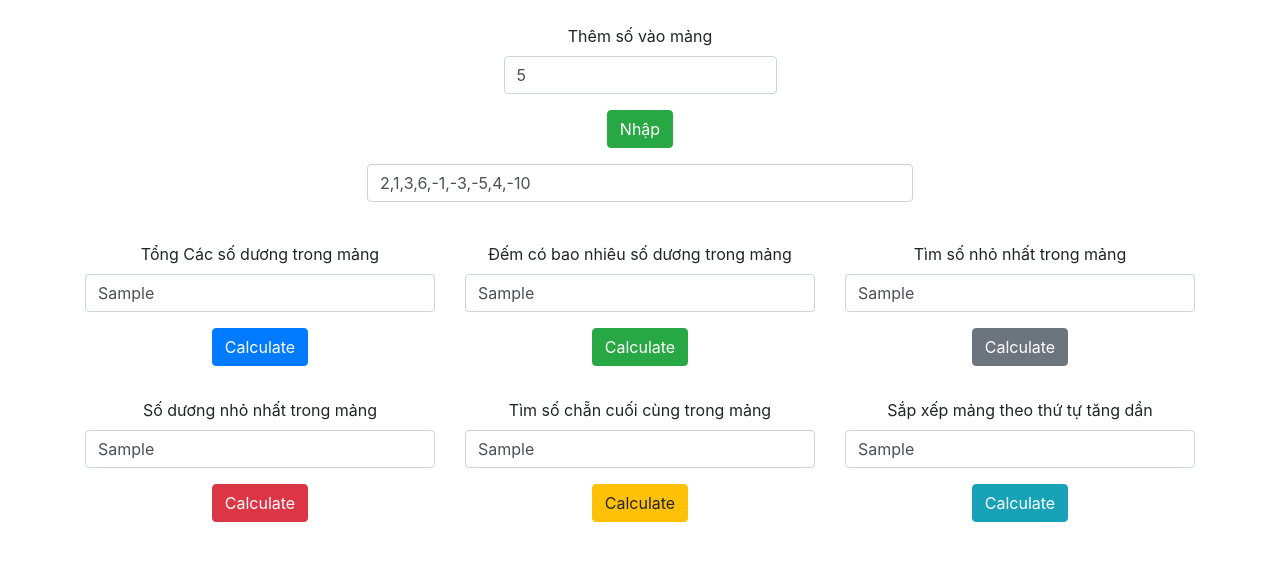
Repository: baobaodeveloper/bootcamp21__array__HuynhAnhBao
Page: index.html
These files come from the project's save history. The page is drawn as it stood at one moment and after the next save; the edit follows.
The browser window is 1280 px wide. The pictures show the whole page.
Empty fields were first filled with sample values (such as "Sample", 5 or name@example.com).
After loading, the first visible `#increase` was clicked once.

Above is the page before, as saved 2022-03-20 17:39:29.

### index.html
<!DOCTYPE html>
<html lang="en">
  <head>
    <title>JavaScript Array</title>
    <!-- Required meta tags -->
    <meta charset="utf-8" />
    <meta
      name="viewport"
      content="width=device-width, initial-scale=1, shrink-to-fit=no"
    />

    <!-- Bootstrap CSS -->
    <link
      rel="stylesheet"
      href="https://stackpath.bootstrapcdn.com/bootstrap/4.3.1/css/bootstrap.min.css"
      integrity="sha384-ggOyR0iXCbMQv3Xipma34MD+dH/1fQ784/j6cY/iJTQUOhcWr7x9JvoRxT2MZw1T"
      crossorigin="anonymous"
    />
  </head>
  <body>
    <div class="container d-flex justify-content-center align-items-center p-4">
      <div
        class="mb-3 text-center w-50 d-flex flex-column justify-content-center align-items-center"
      >
        <label class="form-label">Thêm số vào mảng</label>
        <input
          type="number"
          class="form-control w-50"
          id="number"
          placeholder="Thêm số vào mảng"
          value=""
        />
        <button type="button" class="btn btn-success m-3" id="input">
          Nhập
        </button>
        <input
          type="text"
          class="form-control d-block w-100"
          id="array-current"
          placeholder="Mảng hiện tại"
        />
      </div>
    </div>

    <div class="container">
      <div class="row">
        <div class="col text-center">
          <label class="form-label">Tổng Các số dương trong mảng</label>
          <input
            type="text"
            class="form-control"
            placeholder="result"
            id="result1"
          />
          <button
            type="button"
            class="btn btn-primary m-3"
            id="calculate-total-positive"
          >
            Calculate
          </button>
        </div>
        <div class="col text-center">
          <label class="form-label">Đếm có bao nhiêu số dương trong mảng</label>
          <input
            type="text"
            class="form-control"
            placeholder="result"
            id="result2"
          />
          <button
            type="button"
            class="btn btn-success m-3"
            id="total-number-position"
          >
            Calculate
          </button>
        </div>
        <div class="col text-center">
          <label class="form-label">Tìm số nhỏ nhất trong mảng</label>
          <input
            type="text"
            class="form-control"
            placeholder="result"
            id="result3"
          />
          <button type="button" class="btn btn-secondary m-3" id="min-number">
            Calculate
          </button>
        </div>
      </div>
    </div>

    <div class="container pt-3">
      <div class="row">
        <div class="col text-center">
          <label class="form-label">Số dương nhỏ nhất trong mảng</label>
          <input
            type="text"
            class="form-control"
            placeholder="result"
            id="result4"
          />
          <button type="button" class="btn btn-danger m-3" id="min-positive">
            Calculate
          </button>
        </div>
        <div class="col text-center">
          <label class="form-label">Tìm số chẵn cuối cùng trong mảng</label>
          <input
            type="text"
            class="form-control"
            placeholder="result"
            id="result5"
          />
          <button type="button" class="btn btn-warning m-3" id="even-end">
            Calculate
          </button>
        </div>
        <div class="col text-center">
          <label class="form-label">Sắp xếp mảng theo thứ tự tăng dần</label>
          <input
            type="text"
            class="form-control"
            placeholder="result"
            id="result7"
          />
          <button type="button" class="btn btn-info m-3" id="increase">
            Calculate
          </button>
        </div>
      </div>
    </div>
    <!-- Optional JavaScript -->
    <!-- jQuery first, then Popper.js, then Bootstrap JS -->
    <script
      src="https://code.jquery.com/jquery-3.3.1.slim.min.js"
      integrity="sha384-q8i/X+965DzO0rT7abK41JStQIAqVgRVzpbzo5smXKp4YfRvH+8abtTE1Pi6jizo"
      crossorigin="anonymous"
    ></script>
    <script
      src="https://cdnjs.cloudflare.com/ajax/libs/popper.js/1.14.7/umd/popper.min.js"
      integrity="sha384-UO2eT0CpHqdSJQ6hJty5KVphtPhzWj9WO1clHTMGa3JDZwrnQq4sF86dIHNDz0W1"
      crossorigin="anonymous"
    ></script>
    <script
      src="https://stackpath.bootstrapcdn.com/bootstrap/4.3.1/js/bootstrap.min.js"
      integrity="sha384-JjSmVgyd0p3pXB1rRibZUAYoIIy6OrQ6VrjIEaFf/nJGzIxFDsf4x0xIM+B07jRM"
      crossorigin="anonymous"
    ></script>
    <script src="app.js"></script>
  </body>
</html>

### app.js
// const number = document.getElementById("number");
// let arr = [];
// document.getElementById("input").addEventListener("click", () => {
//   const numberValue = number.value;
//   if (!numberValue) return;

//   arr.push(+numberValue);
//   number.value = "";
//   console.log(arr);
//   document.getElementById("array-current").value = arr.join("  ");
// });
let arr = [2, 1, 3, 6, -1, -3, -5, 4, -10];
document.getElementById("array-current").value = arr;
// 1. Tổng các số dương trong mảng.
document
  .getElementById("calculate-total-positive")
  .addEventListener("click", () => {
    const totalArrPositive = arr
      .filter((cur) => cur > 0)
      .reduce((cur, acc) => cur + acc, 0);
    document.getElementById("result1").value = totalArrPositive;
  });

// 2. Đếm có bao nhiêu số dương trong mảng.
document
  .getElementById("total-number-position")
  .addEventListener("click", () => {
    const totalArrPositive = arr.filter((cur) => cur > 0).length;
    document.getElementById("result2").value = totalArrPositive;
  });

//3. Tìm số nhỏ nhất trong mảng.
document.getElementById("min-number").addEventListener("click", () => {
  let minNumber = arr[0];
  arr.forEach((num) => {
    if (num < minNumber) minNumber = num;
  });
  document.getElementById("result3").value = minNumber;
});

// 4. Tìm số dương nhỏ nhất trong mảng.
document.getElementById("min-positive").addEventListener("click", () => {
  const positive = arr.filter((cur) => cur > 0).sort((a, b) => a - b);

  document.getElementById("result4").value = positive[0];
});

// 5. Tìm số chẵn cuối cùng trong mảng. Nếu mảng không có giá trị chẵn thì trả về -1.
document.getElementById("even-end").addEventListener("click", () => {
  const numEven = arr.filter((cur) => cur % 2 === 0);

  document.getElementById("result5").value = numEven[numEven.length - 1];
});

// 7. Sắp xếp mảng theo thứ tự tăng dần.
document.getElementById("increase").addEventListener("click", () => {
  const increaArr = arr.sort((a, b) => a - b);
});

After the next save:
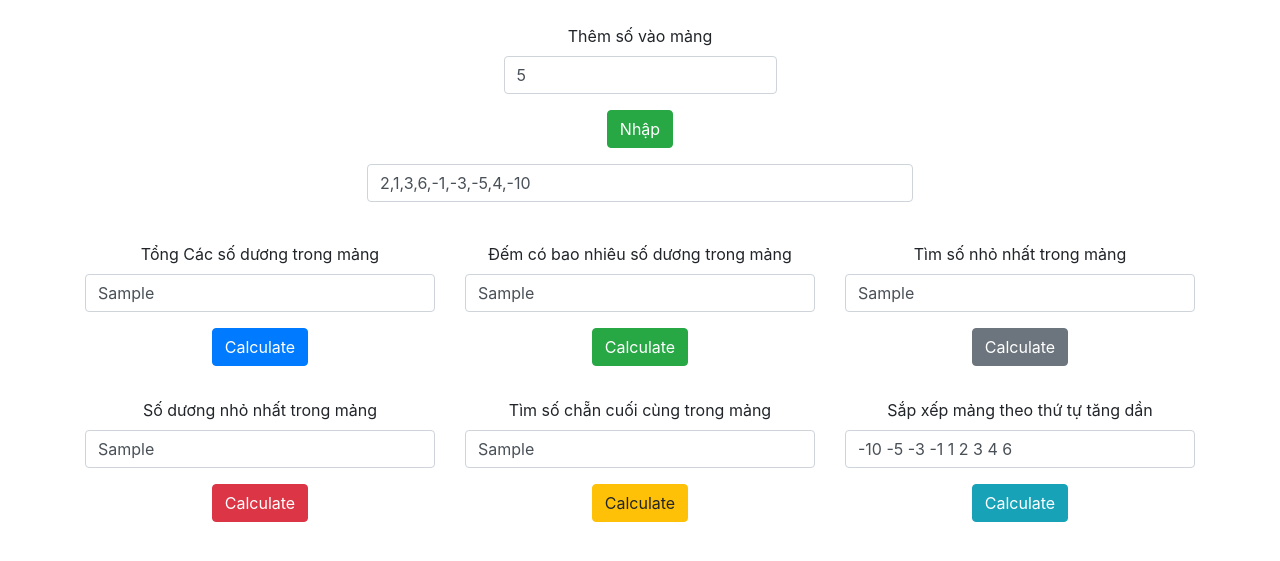
Saved 29 s later.
--- a/app.js
+++ b/app.js
@@ -55,4 +55,5 @@ document.getElementById("even-end").addEventListener("click", () => {
 // 7. Sắp xếp mảng theo thứ tự tăng dần.
 document.getElementById("increase").addEventListener("click", () => {
   const increaArr = arr.sort((a, b) => a - b);
+  document.getElementById("result7").value = increaArr.join(" ");
 });
